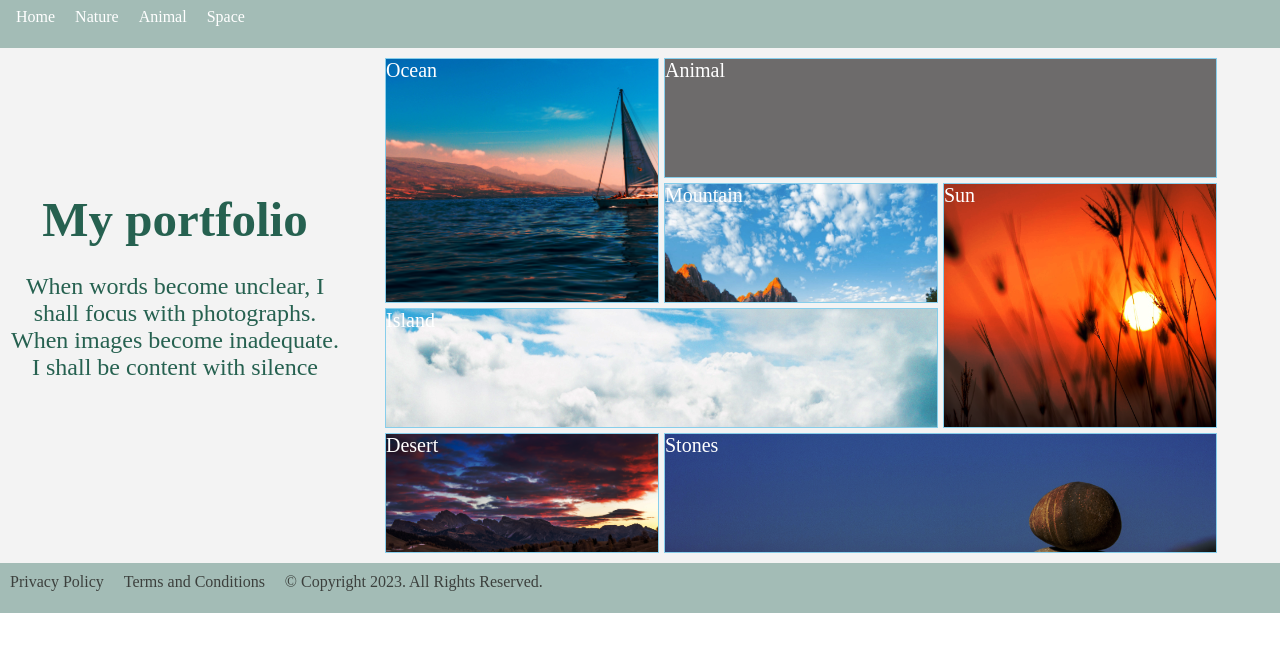
Repository: suraj-yadav7/03_Gallery_Portfolio
Page: index.html
These files come from the project's save history. The page is drawn as it stood at one moment and after the next save; the edit follows.
The browser window is 1280 px wide. The pictures show the whole page.
Pictures or frames that could not be fetched are drawn as grey boxes. Some web fonts or font styles are not loaded; a fallback is used.

Above is the page before, as saved 2023-02-14 22:02:02.

After the next save:
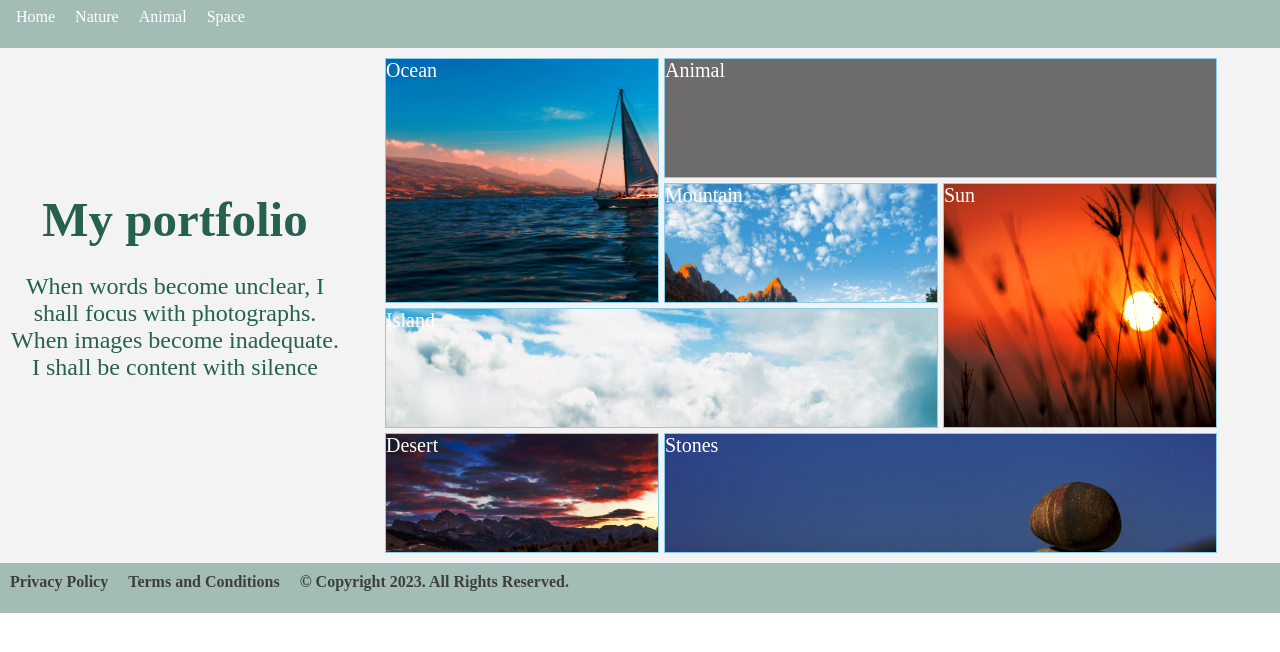
Saved 30 s later.
--- a/style.css
+++ b/style.css
@@ -154,6 +154,7 @@ footer{
     background-color:  #A3BCB6;
     font-family: 'Bodoni Moda', serif;
     font-size: 1rem;
+    font-weight: bolder;
 }
 footer a{
 margin:  10px;
